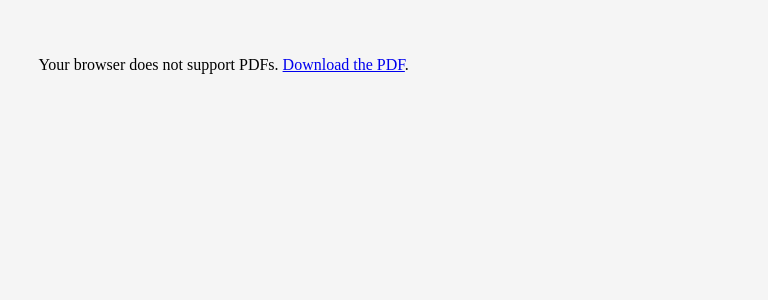
Repository: aaurdanet/Portfolio
Page: cv/resume_index.html
These files come from the project's save history. The page is drawn as it stood at one moment and after the next save; the edit follows.
The browser window is 768 px wide. The pictures show the whole page.

Above is the page before, as saved 2024-10-28 09:44:38.

After the next save:
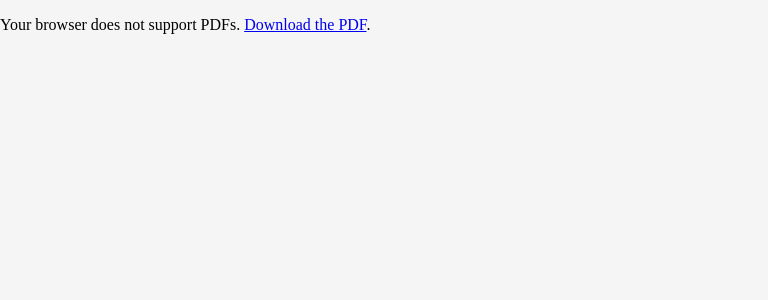
Saved 56 s later.
--- a/cv/resume_index.html
+++ b/cv/resume_index.html
@@ -38,8 +38,8 @@
 
         @media (max-width: 768px) {
             #pdf-object {
-                width: 90vw;
-                height: 90vh;
+                width: 100vw;
+                height: 100vh;
             }
         }
     </style>
